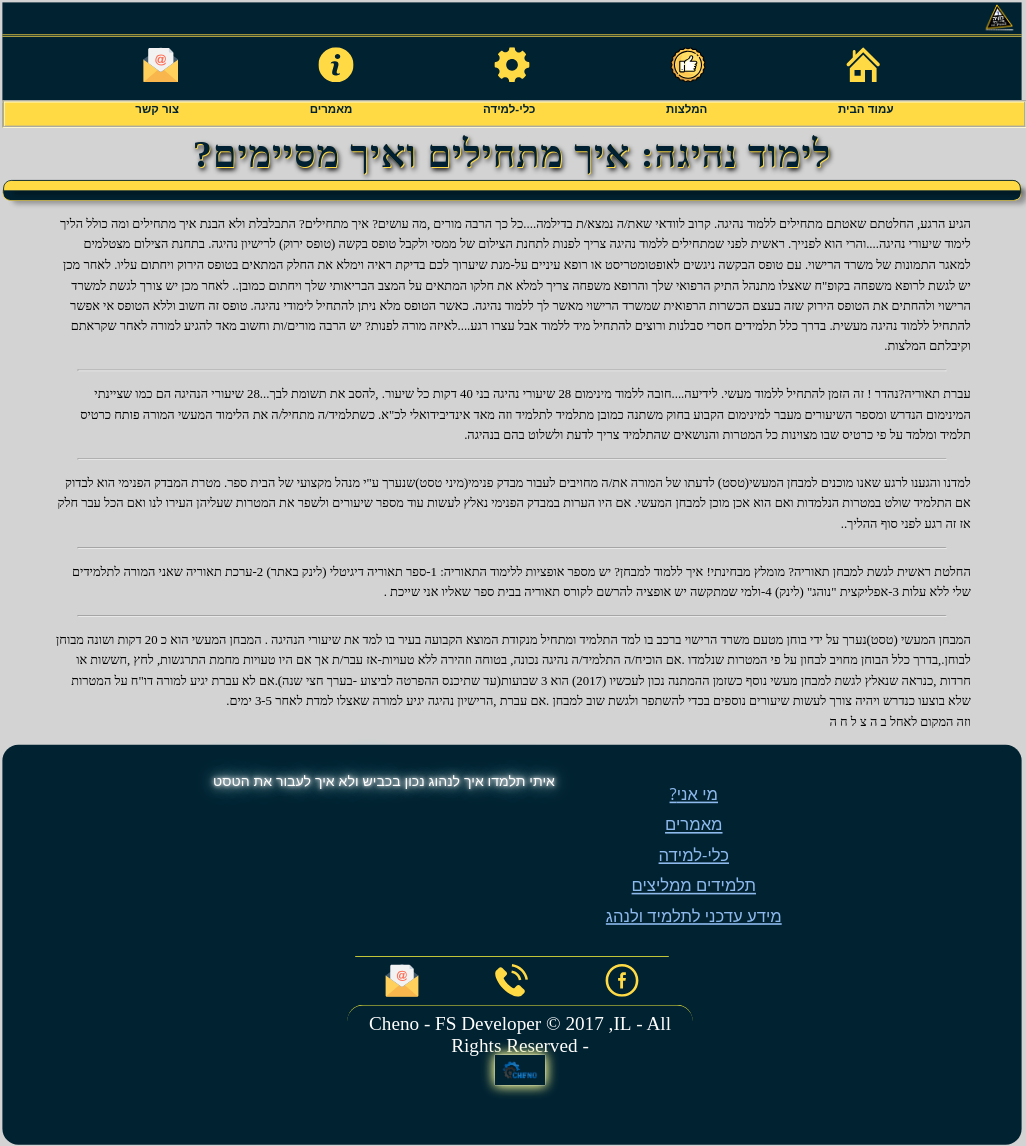
Repository: ChenGinsberg/BatyaLamed-site
Page: article/article.html
These files come from the project's save history. The page is drawn as it stood at one moment and after the next save; the edit follows.
The browser window is 1280 px wide. The page is 1283 px wide, so the pictures cover 1283 px, including what lies to the right of the window. The pictures show the whole page, at 80% of full size.

Above is the page before, as saved 2017-11-26 13:14:11.

### article/article.html
<!DOCTYPE html>
<html lang="en">

<head>
    <meta charset="UTF-8">
    <meta name="viewport" content="width=device-width, initial-scale=1.0">
    <meta http-equiv="X-UA-Compatible" content="ie=edge">
    <title>Article</title>
    <link rel="stylesheet" type="text/css" href="../style/article.css">
    <link rel="stylesheet" type="text/css" href="../style/nav.css">
    <link rel="stylesheet" type="text/css" href="../style/footer.css">
</head>

<body>
    <!-- nav-bar -->
    <div class="logoContainer">
        <img src="../image/batyaLogo.jpg" class="logo-nav">
    </div>
    <nav class="navbar-blue">

        <div class="nav-icons">
            <a>
                <img src="../image/email.svg" class="nav--icon">
            </a>
            <a href=../ "aticles.html">
                <img src="../image/icon.svg" class="nav--icon">
            </a>
            <a href="../tools.html">
                <img src="../image/settings-work-tool.svg" class="nav--icon">
            </a>
            <a href="../recommendsPage.html">
                <img src="../image/recommended.svg" class="nav--icon">
            </a>
            <a href="../index.html">
                <img src="../image/house-outline.svg" class="nav--icon">

            </a>
        </div>
        <br>
        <div class="nav-text">
            <span class="nav-iconn">צור קשר</span>
            <span class="nav-iconn">מאמרים</span>
            <span class="nav-iconn">כלי-למידה</span>
            <span class="nav-iconn">המלצות</span>
            <span class="nav-iconn">עמוד הבית</span>
        </div>
    </nav>

    <h1>לימוד נהיגה: איך מתחילים ואיך מסיימים?</h1>
    <div class="blueHR">
        <div class="yellowHR"></div>
    </div>
    <p class="articleInfo"> הגיע הרגע, החלטתם שאטתם מתחילים ללמוד נהיגה. קרוב לוודאי שאת/ה נמצא/ת בדילמה....כל כך הרבה מורים ,מה עושים? איך מתחילים?
        התבלבלת ולא הבנת איך מתחילים ומה כולל הליך לימוד שיעורי נהיגה....והרי הוא לפנייך. ראשית לפני שמתחילים ללמוד נהיגה
        צריך לפנות לתחנת הצילום של ממסי ולקבל טופס בקשה (טופס ירוק) לרישיון נהיגה. בתחנת הצילום מצטלמים למאגר התמונות של
        משרד הרישוי. עם טופס הבקשה ניגשים לאופטומטריסט או רופא עיניים על-מנת שיערוך לכם בדיקת ראיה וימלא את החלק המתאים בטופס
        הירוק ויחתום עליו. לאחר מכן יש לגשת לרופא משפחה בקופ"ח שאצלו מתנהל התיק הרפואי שלך והרופא משפחה צריך למלא את חלקו
        המתאים על המצב הבריאותי שלך ויחתום כמובן.. לאחר מכן יש צורך לגשת למשרד הרישוי ולהחתים את הטופס הירוק שזה בעצם הכשרות
        הרפואית שמשרד הרישוי מאשר לך ללמוד נהיגה. כאשר הטופס מלא ניתן להתחיל לימודי נהיגה. טופס זה חשוב וללא הטופס אי אפשר
        להתחיל ללמוד נהיגה מעשית. בדרך כלל תלמידים חסרי סבלנות ורוצים להתחיל מיד ללמוד אבל עצרו רגע....לאיזה מורה לפנות?
        יש הרבה מורים/ות וחשוב מאד להגיע למורה לאחר שקראתם וקיבלתם המלצות.
    </p>
    <hr>
    <p class="articleInfo">
        עברת תאוריה?נהדר ! זה הזמן להתחיל ללמוד מעשי. לידיעה....חובה ללמוד מינימום 28 שיעורי נהיגה בני 40 דקות כל שיעור. ,להסב את
        תשומת לבך...28 שיעורי הנהיגה הם כמו שציינתי המינימום הנדרש ומספר השיעורים מעבר למינימום הקבוע בחוק משתנה כמובן מתלמיד
        לתלמיד וזה מאד אינדיבידואלי לכ"א. כשתלמיד/ה מתחיל/ה את הלימוד המעשי המורה פותח כרטיס תלמיד ומלמד על פי כרטיס שבו
        מצוינות כל המטרות והנושאים שהתלמיד צריך לדעת ולשלוט בהם בנהיגה.
    </p>
    <hr>
    <p class="articleInfo">
        למדנו והגענו לרגע שאנו מוכנים למבחן המעשי(טסט) לדעתו של המורה את/ה מחויבים לעבור מבדק פנימי(מיני טסט)שנערך ע"י מנהל מקצועי
        של הבית ספר. מטרת המבדק הפנימי הוא לבדוק אם התלמיד שולט במטרות הנלמדות ואם הוא אכן מוכן למבחן המעשי. אם היו הערות
        במבדק הפנימי נאלץ לעשות עוד מספר שיעורים ולשפר את המטרות שעליהן העירו לנו ואם הכל עבר חלק אז זה רגע לפני סוף ההליך..
    </p>
    <hr>
    <p class="articleInfo">
        החלטת ראשית לגשת למבחן תאוריה? מומלץ מבחינתי! איך ללמוד למבחן? יש מספר אופציות ללימוד התאוריה: 1-ספר תאוריה דיגיטלי (לינק
        באתר) 2-ערכת תאוריה שאני המורה לתלמידים שלי ללא עלות 3-אפליקצית "נוהג" (לינק) 4-ולמי שמתקשה יש אופציה להרשם לקורס
        תאוריה בבית ספר שאליו אני שייכת .
    </p>
    <hr>
    <p class="articleInfo"> המבחן המעשי (טסט)נערך על ידי בוחן מטעם משרד הרישוי ברכב בו למד התלמיד ומתחיל מנקודת המוצא הקבועה בעיר בו למד את שיעורי
        הנהיגה . המבחן המעשי הוא כ 20 דקות ושונה מבוחן לבוחן.,בדרך כלל הבוחן מחויב לבחון על פי המטרות שנלמדו .אם הוכיח/ה
        התלמיד/ה נהיגה נכונה, בטוחה וזהירה ללא טעויות-אז עבר/ת אך אם היו טעויות מחמת התרגשות, לחץ ,חששות או חרדות ,כנראה
        שנאלץ לגשת למבחן מעשי נוסף כשזמן ההמתנה נכון לעכשיו (2017) הוא 3 שבועות(עד שתיכנס ההפרטה לביצוע -בערך חצי שנה).אם
        לא עברת יגיע למורה דו"ח על המטרות שלא בוצעו כנדרש ויהיה צורך לעשות שיעורים נוספים בכדי להשתפר ולגשת שוב למבחן .אם
        עברת ,הרישיון נהיגה יגיע למורה שאצלו למדת לאחר 3-5 ימים.
        <br>וזה המקום לאחל ב ה צ ל ח ה
    </p>
    <!-- FOOTER -->
    <footer class="flex-rw">
        <p class="footer-quate">איתי תלמדו איך לנהוג נכון בכביש ולא איך לעבור את הטסט</p>

        <ul class="footer-list-top">

            <li>
                <a href='/shop/about-mission' class="generic-anchor footer-list-anchor" itemprop="significantLink">?מי אני</a>
            </li>
            <li>
                <a href='/promos.html' class="generic-anchor footer-list-anchor" itemprop="significantLink">מאמרים</a>
            </li>
            <li>
                <a href='/retailers/new-retailers.html' class="generic-anchor footer-list-anchor" itemprop="significantLink">כלי-למידה</a>
            </li>

            <li>
                <a href='/job-openings.html' itemprop="significantLink" class="generic-anchor footer-list-anchor">תלמידים ממליצים</a>
            </li>

            <li>
                <a href='/shop/about-show-schedule' class="generic-anchor footer-list-anchor" itemprop="significantLink">מידע עדכני לתלמיד ולנהג</a>
            </li>
        </ul>
        <ul class="footer-list-top">
            <li>
                <section class="footer-social-section flex-rw">
                    <img src="../image/email.svg" class="footer-svg">
                    <img src="../image/telephone.svg" class="footer-svg">
                    <img src="../image/social-facebook-circular-button.svg" class="footer-svg">

                </section>
                <section class="footer-bottom-section flex-rw">
                    <div class="footer-bottom-wrapper">
                        <i class="fa fa-copyright" role="copyright">

                        </i> Cheno - FS Developer © 2017
                        <address class="footer-address" role="company address"> ,IL</address>
                        <span class="footer-bottom-rights"> - All Rights Reserved - </span>
                    </div>
                    <div class="footer-bottom-wrapper">

                        <img src="/image/Chenologo.png" class="chen-icon">

                    </div>
                </section>
    </footer>

</body>

</html>

### style/article.css
body {
    background-color: lightgray;
    margin: 2.8px;
}

h1 {
    text-align: center;
    direction: rtl;
    color: #012031;
    font-size: 3em;
    line-height: 45px;
    letter-spacing: 1px;
    margin-bottom: 10px;
    text-shadow: 1px 1px #FFDA44, 2px 3px 7px #000;
    margin-top: 10px;
}

.articleInfo {
    direction: rtl;
    color: black;
    line-height: 1.6em;
    margin-left: 5%;
    margin-right: 5%;
}

hr {
    width: 85%;
}

### style/nav.css
/* NAV */

.logoContainer {
    background-color: #012231;
    height: 40px;
    width: 100%;
    border-bottom: double;
    border-bottom-color: #FFDA44;
}

.logo-nav {
    height: 34px;
    position: absolute;
    right: 1%;
    top: 5px;
}

.navbar-blue {
    background-color: #012231;
    width: 100%;
}

.nav-icons {
    display: flex;
    flex-direction: row;
    flex-wrap: wrap;
    width: 100%;
    justify-content: space-evenly;
}

.nav--icon {
    width: 44px;
    margin-top: 13px;
}

.nav-text {
    color: #012231;
    background-color: #FFDA44;
    font-family: sans-serif;
    height: 29px;
    border: groove;
    border-color: ivory;
    font-weight: bold;
    font-size: 0.9em;
    display: flex;
    flex-direction: row;
    flex-wrap: wrap;
    width: 100%;
    justify-content: space-evenly;
}

.yellowHR {
    background-color: #FFDA44;
    height: 12px;
    border-radius: 10px 10px 0px 0px;
    border: 1px solid #012231;
    box-shadow: 9px 7px 7px -3px rgba(0, 0, 0, 0.3);
}

.blueHR {
    background-color: #012231;
    height: 25px;
    border-radius: 15px 11px 10px 10px;
    box-shadow: 9px 7px 7px -3px rgba(0, 0, 0, 0.3);
    margin-bottom: 10px;
    border-bottom: 1px solid #FFDA44;
    border-left: 1px solid #FFDA44;
    border-right: 1px solid #FFDA44;
}

.nav-iconn:hover {
    background: red;
}

### style/footer.css
.footer-svg {
    height: 41px;
    width: 57px;
}

.chen-icon {
    width: 15%;
    position: relative;
    bottom: 4%;
    left: 0%;
    box-shadow: 0 0 1px #fff, 0 0 1px #fff, 0 0 0px #e3e98e, 0 0 17px #e3e98e, 0 0 13px #e3e98e;
}

.footer-quate {
    text-align: center;
    margin-right: 1%;
    font-family: 'Varela Round', sans-serif;
    color: white;
    position: relative;
    left: 4.8%;
    font-size: 1.1em;
    border-radius: 3px;
    transition: all 0.3s ease;
    padding-right: 1.2%;
    top: -13px;
    text-shadow: 0 0 5px #fff, 0 0 10px #fff, 0 0 20px #fff, 0 0 40px #0ff, 0 0 80px #0ff, 0 0 90px #0ff, 0 0 100px #0ff, 0 0 150px #0ff;
}

.generic-anchor {
    color: #8DB9ED;
}

.generic-anchor:visited {
    color: #909090;
}

.generic-anchor:hover {
    color: #ccc;
}

.flex-rw {
    display: -webkit-box;
    display: -ms-flexbox;
    display: flex;
    -ms-flex-flow: row wrap;
    flex-flow: row wrap;
    justify-content: center;
    border-radius: 20px;
}

footer {
    background: #012231;
    margin-top: auto;
    padding: 31.2px 20px;
}

.footer-list-top {
    width: 33.333%;
    -webkit-padding-start: 0px;
}

.footer-list-top>li {
    text-align: center;
    padding-bottom: 10px;
    list-style: none;
}

.footer-list-header {
    padding: 10px 0 5px 0;
    color: #fff;
    font: 2.3vw "Oswald", sans-serif;
}

.footer-list-anchor {
    font: 1.3em "Open Sans", sans-serif;
}

.footer-social-section {
    width: 100%;
    -webkit-box-align: center;
    -ms-flex-align: center;
    align-items: center;
    -ms-flex-pack: distribute;
    justify-content: space-around;
    position: relative;
    margin-top: 5px;
}

.footer-social-section::after {
    content: "";
    position: absolute;
    z-index: 1;
    top: -25%;
    left: 10px;
    border-top: 1px solid #F4EE3A;
    width: calc(100% - 20px);
}

.footer-social-connect {
    display: -webkit-box;
    display: -ms-flexbox;
    display: flex;
    -webkit-box-align: center;
    -ms-flex-align: center;
    align-items: center;
    font: 3.5em "Oswald", sans-serif;
    color: #fff;
}

.footer-social-small {
    font-size: 0.6em;
    padding: 0px 20px;
}

.footer-social-overlap>a {
    font-size: 3em;
}

.footer-social-overlap>a:not(:first-child) {
    margin-left: 0.38em;
}

.footer-bottom-section {
    width: 100%;
    padding: 10px;
    border-top: 1px solid #F4EE3A;
    margin-top: 10px;
}

.footer-bottom-section>div:first-child {
    margin-right: auto;
}

.footer-bottom-wrapper {
    font-size: 1.5em;
    color: #fff;
}

.footer-address {
    display: inline;
    font-style: normal;
}

@media only screen and (max-width: 768px) {
    .footer-list-header {
        font-size: 2em;
    }
    .footer-list-anchor {
        font-size: 1.1em;
    }
    .footer-social-connect {
        font-size: 2.5em;
    }
    .footer-social-overlap>a {
        font-size: 2.24em;
    }
    .footer-bottom-wrapper {
        font-size: 1.3em;
    }
}

@media only screen and (max-width: 568px) {
    main {
        font-size: 5em;
    }
    .footer-list-top {
        width: 86%;
    }
    .footer-list-header {
        font-size: 3em;
    }
    .footer-list-anchor {
        font-size: 1.5em;
    }
    .footer-social-section {
        -webkit-box-pack: center;
        -ms-flex-pack: center;
        justify-content: center;
    }
    .footer-social-connect {
        margin-bottom: 10px;
        padding: 0 10px;
    }
    .footer-social-overlap {
        display: -webkit-box;
        display: -ms-flexbox;
        display: flex;
        -webkit-box-pack: center;
        -ms-flex-pack: center;
        justify-content: center;
    }
    .footer-social-icons-wrapper {
        width: 100%;
        padding: 0;
    }
    .footer-social-overlap>a:not(:first-child) {
        margin-left: 20px;
    }
    .footer-bottom-section {
        padding: 0 5px 0 5px;
    }
    .footer-bottom-wrapper {
        text-align: center;
        width: 100%;
        margin-top: 10px;
    }
}

@media only screen and (max-width: 480px) {
    .footer-social-overlap>a {
        margin: auto;
    }
    .footer-social-overlap>a:not(:first-child) {
        margin-left: 0;
    }
    .footer-bottom-rights {
        display: block;
    }
}

@media only screen and (max-width: 320px) {
    .footer-list-header {
        font-size: 2.2em;
    }
    .footer-list-anchor {
        font-size: 1.2em;
    }
    .footer-social-connect {
        font-size: 2.4em;
    }
    .footer-social-overlap>a {
        font-size: 2.24em;
    }
    .footer-bottom-wrapper {
        font-size: 0.8em;
        ;
    }
}

After the next save:
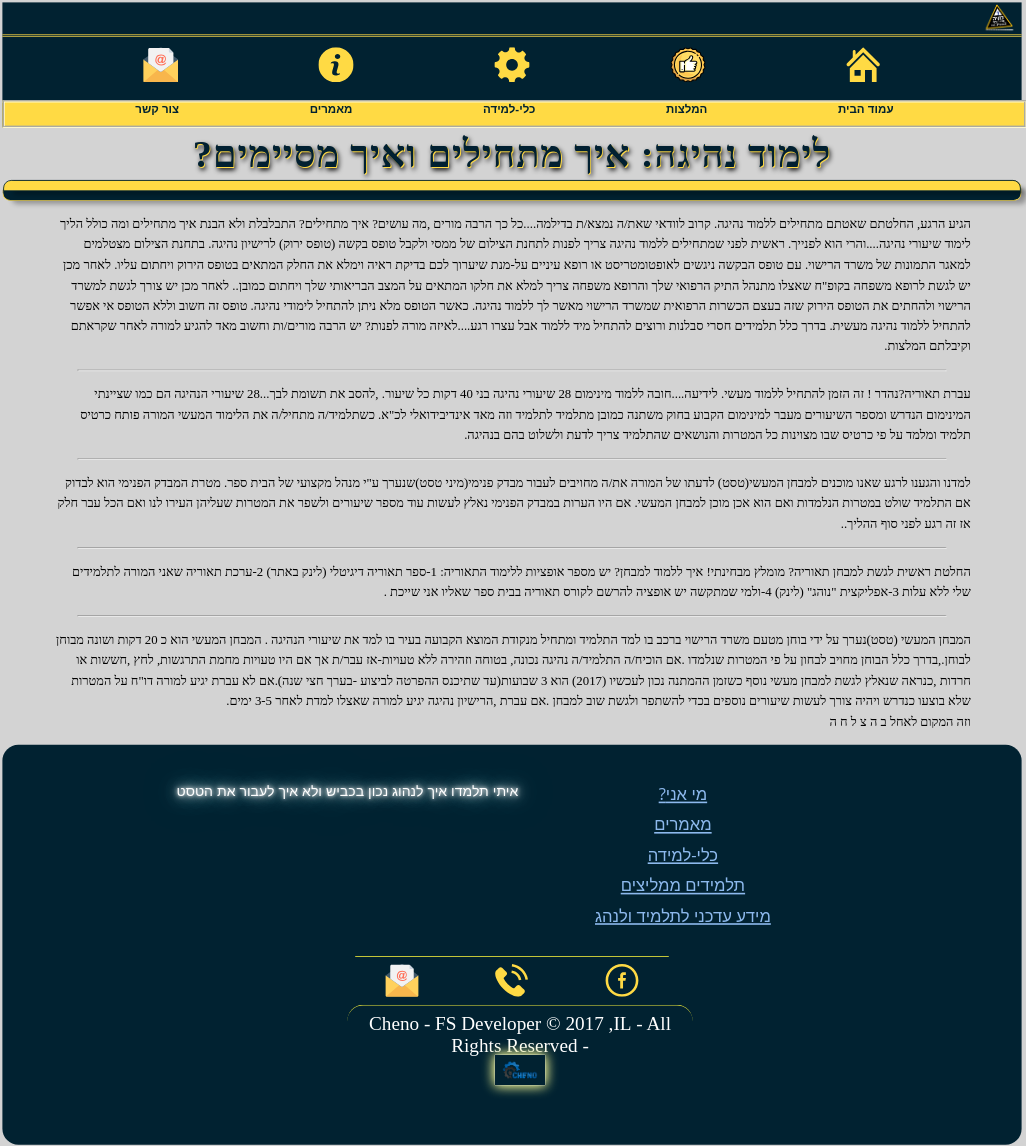
Saved 113 s later.
--- a/style/footer.css
+++ b/style/footer.css
@@ -13,16 +13,12 @@
 
 .footer-quate {
     text-align: center;
-    margin-right: 1%;
     font-family: 'Varela Round', sans-serif;
     color: white;
     position: relative;
-    left: 4.8%;
     font-size: 1.1em;
     border-radius: 3px;
     transition: all 0.3s ease;
-    padding-right: 1.2%;
-    top: -13px;
     text-shadow: 0 0 5px #fff, 0 0 10px #fff, 0 0 20px #fff, 0 0 40px #0ff, 0 0 80px #0ff, 0 0 90px #0ff, 0 0 100px #0ff, 0 0 150px #0ff;
 }
 
